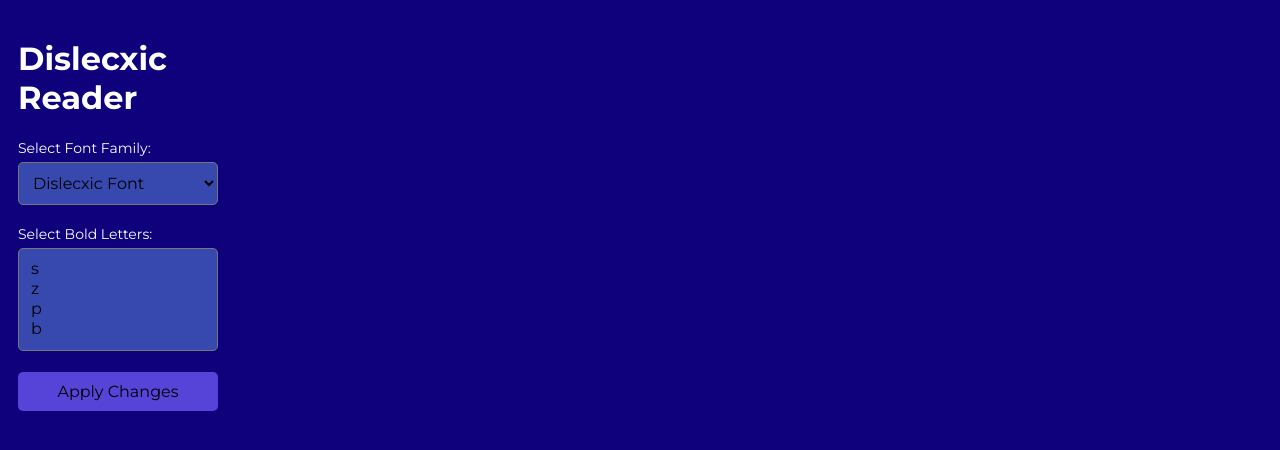
Repository: adatechschool/extension-navigateur-extension_walid_eliana_imelda
Page: Extention 3/popup.html
The author's editor kept a copy of each file at every save. The page is drawn from the files as they stood at one save, then again after the next save.
The browser window is 1280 px wide. The pictures show the whole page.

Above is the page before, as saved 2024-01-14 00:14:55.

After the next save:
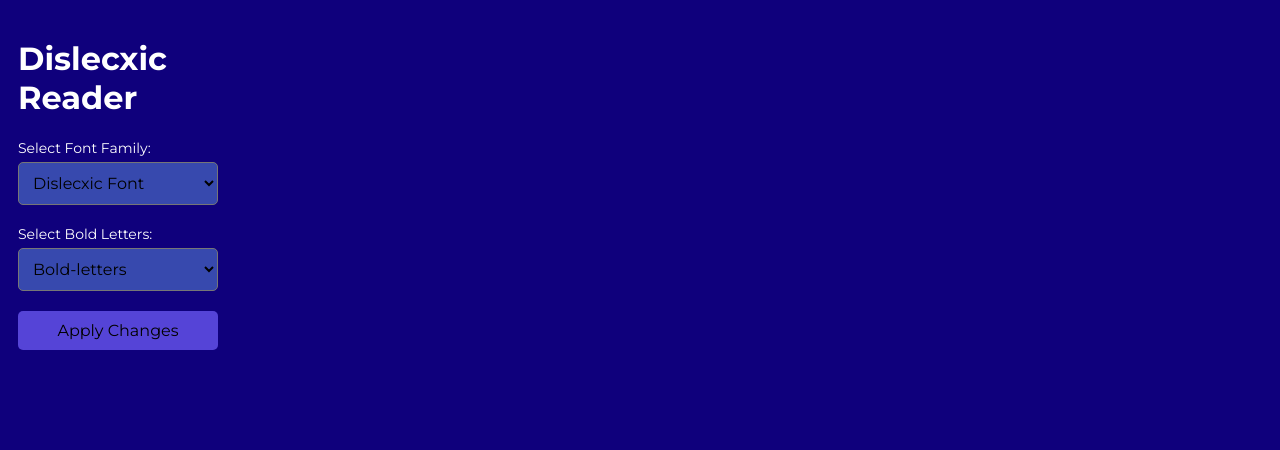
Saved 3 min 40 s later.
--- a/Extention 3/popup.html
+++ b/Extention 3/popup.html
@@ -26,11 +26,9 @@
   </select>
 
   <label for="bold-letters">Select Bold Letters:</label>
-  <select id="bold-letters" multiple>
-    <option value="s">s</option>
-    <option value="z">z</option>
-    <option value="p">p</option>
-    <option value="b">b</option>
+  <select id="bold-letters" >
+    <option value="s" value="z" value="p" value="b">Bold-letters</option>
+
   </select>
 
 
